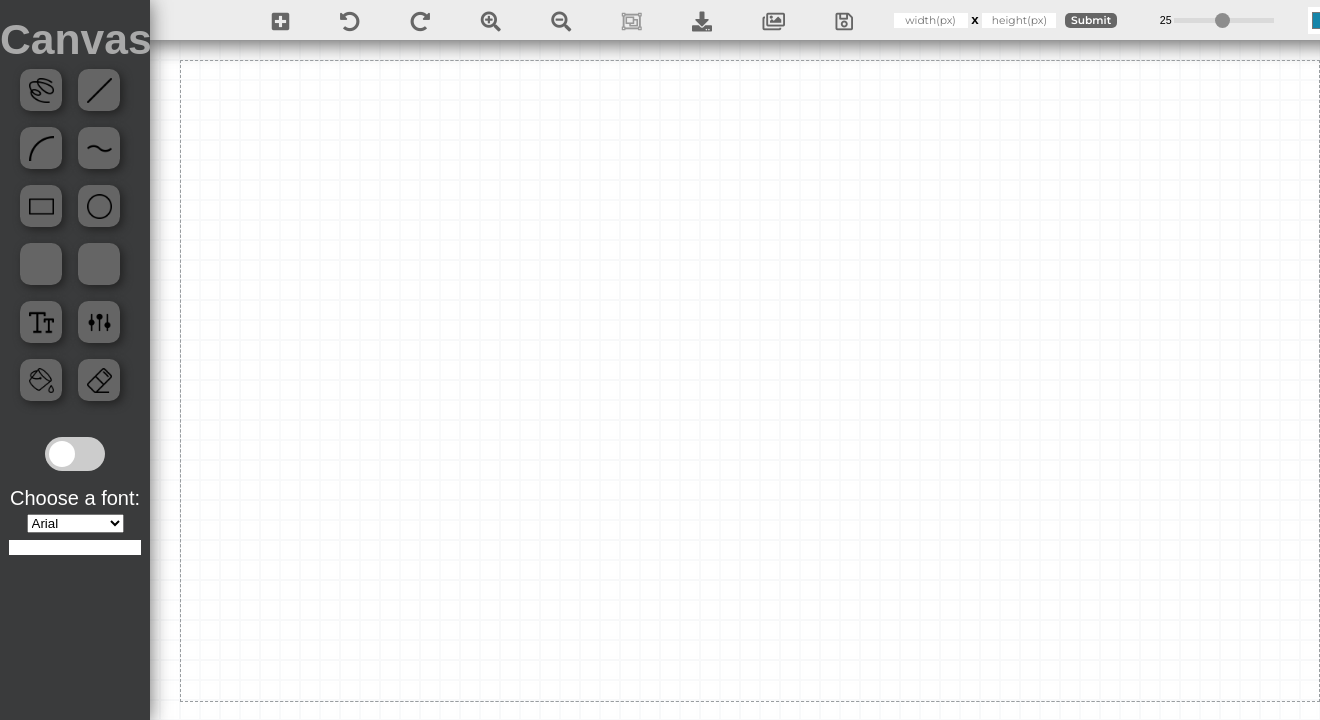
Repository: moryahng/myCanvasProject
Page: index.html
The author's editor kept a copy of each file at every save. The page is drawn from the files as they stood at one save, then again after a run of saves.
The browser window is 1280 px wide. The page is 1320 px wide, so the pictures cover 1320 px, including what lies to the right of the window. The pictures show the whole page.
Some web fonts or font styles are not loaded; a fallback is used.

Above is the page before, as saved 2021-11-11 23:12:23.

After the next 3 saves:
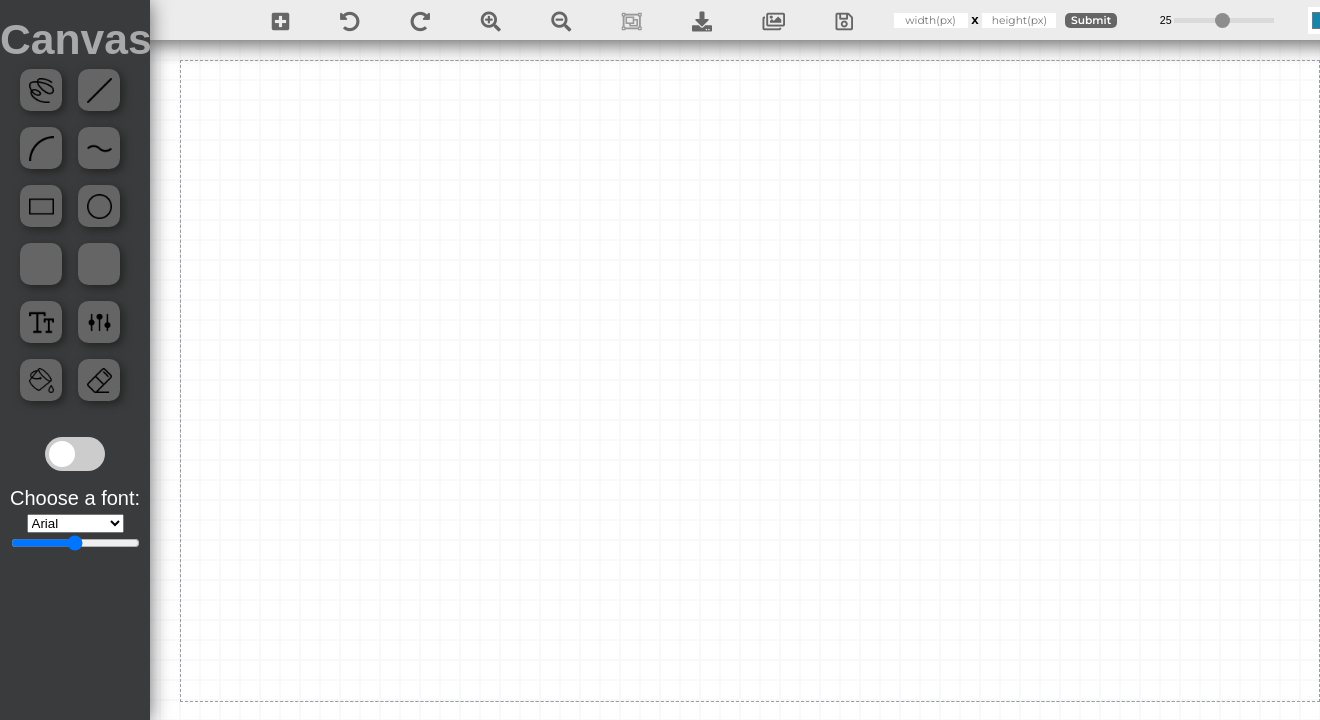
The 3 saves are shown as one change because they came seconds apart.
The last was saved 7 s later.
--- a/index.html
+++ b/index.html
@@ -212,7 +212,7 @@
                 <option value="Helvetica">Helvetica</option>
                 <option value="Verdana">Verdana</option>
             </select>
-            <input type="text">
+            <input type="range" min="">
         </div>
 
     </nav>
